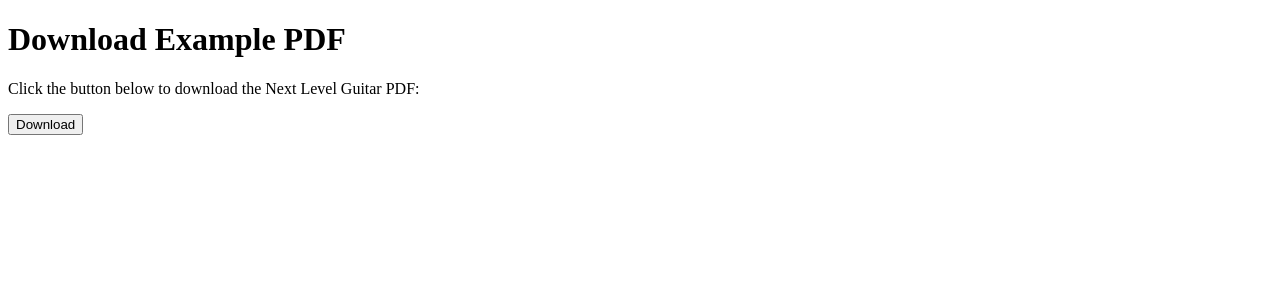
Repository: hsumyatm7308/downloadfile-laravel
Page: http://localhost/index
An editor plug-in stored every save of this project. The page is shown before and after a run of saves, followed by the edit.
The browser window is 1280 px wide. The pictures show the whole page.
The page is served by the project's Laravel application, run on PHP 8.4 with Laravel 10. Other server files are loaded and not shown.

Above is the page before, as saved 2023-08-03 15:10:26.

### routes/web.php
<?php

use App\Http\Controllers\indexController;
use Illuminate\Support\Facades\Route;
use App\Http\Controllers\DownloadController;


/*
|--------------------------------------------------------------------------
| Web Routes
|--------------------------------------------------------------------------
|
| Here is where you can register web routes for your application. These
| routes are loaded by the RouteServiceProvider and all of them will
| be assigned to the "web" middleware group. Make something great!
|
*/

// Route::get('/', function () {
//     return view('welcome');
// });




Route::get('/download', [DownloadController::class, 'download'])->name('download');
Route::get('/index', [indexController::class, 'index'])->name('index');

### app/Http/Controllers/indexController.php
<?php

namespace App\Http\Controllers;

use Illuminate\Http\Request;

class indexController extends Controller
{
    public function index(){
      return  view('index');
    }
}

### resources/views/index.blade.php
<!DOCTYPE html>
<html>
<head>
    <title>Download Example PDF</title>
</head>
<body>
    <h1>Download Example PDF</h1>
    <p>Click the button below to download the Next Level Guitar PDF:</p>

    <form action="{{ route('download') }}" method="get">
    <button type="submit">Download</button>
   </form>

</body>
</html>

Loaded but not shown: app/Http/Controllers/Controller.php (common file)

After the next 2 saves:
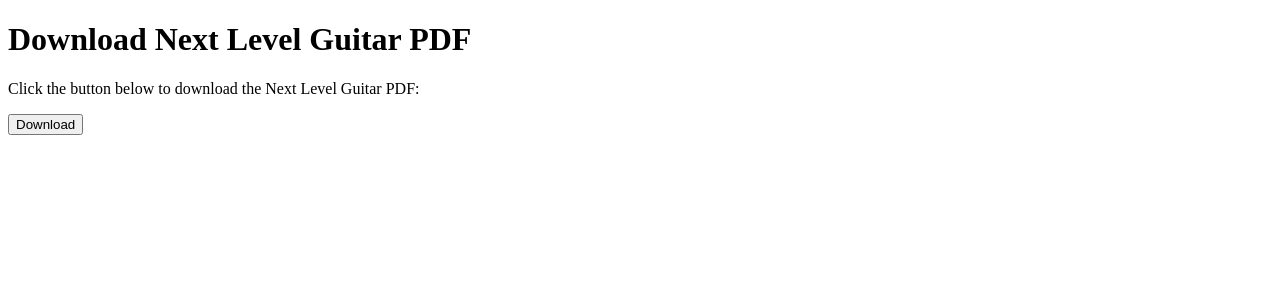
The 2 saves are shown as one change because they came seconds apart.
The last was saved 11 s later.
--- a/resources/views/index.blade.php
+++ b/resources/views/index.blade.php
@@ -1,10 +1,10 @@
 <!DOCTYPE html>
 <html>
 <head>
-    <title>Download Example PDF</title>
+    <title>Download Next Level Guitar PDF</title>
 </head>
 <body>
-    <h1>Download Example PDF</h1>
+    <h1>Download Next Level Guitar PDF</h1>
     <p>Click the button below to download the Next Level Guitar PDF:</p>
 
     <form action="{{ route('download') }}" method="get">
